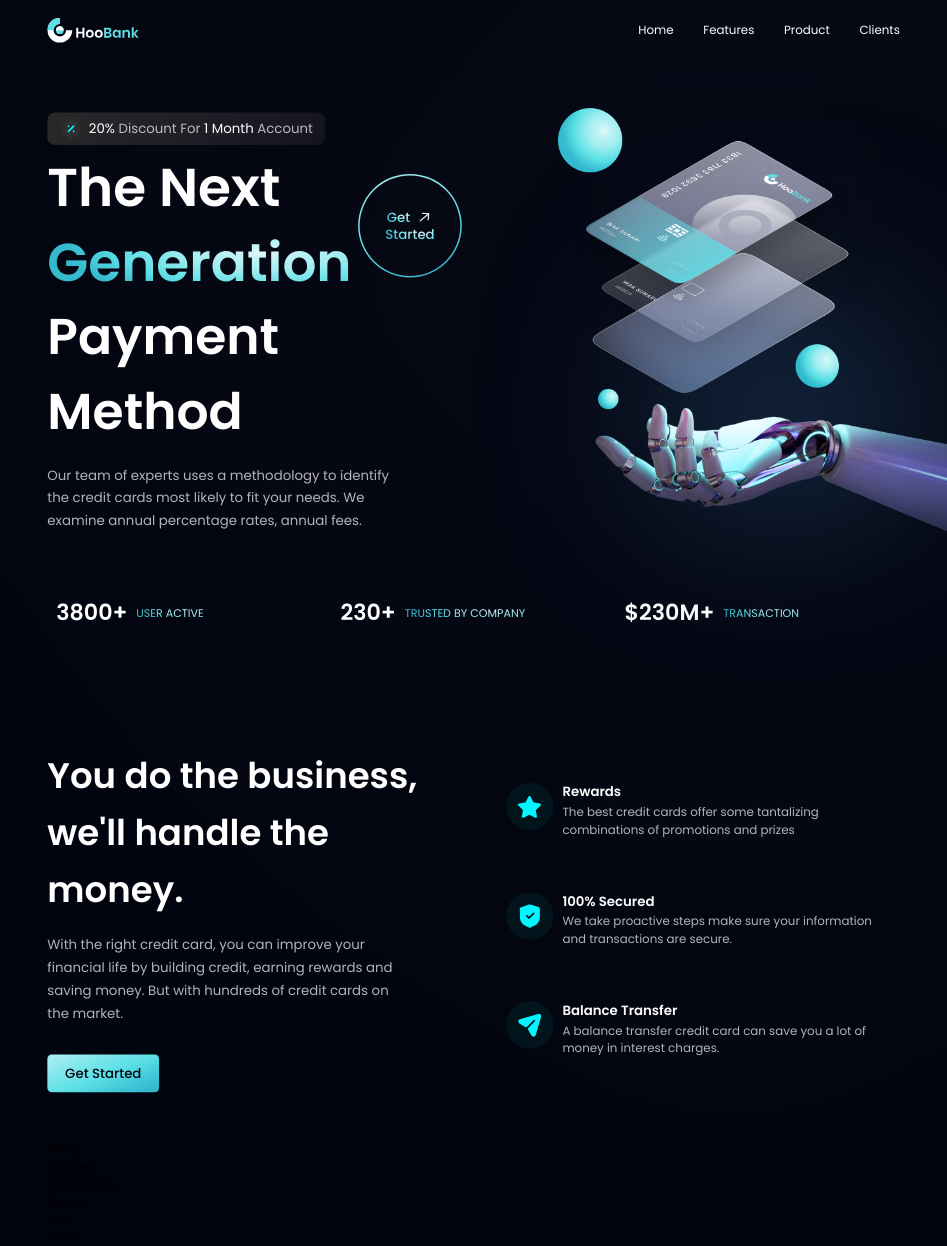
Repository: Carlito-Pedida/modern-app
Page: /
An editor plug-in stored every save of this project. The page is shown before and after the next save, followed by the edit.
The browser window is 1280 px wide. The pictures show the whole page, at 74% of full size.
The project was rebuilt for these pictures with package versions that can differ from the ones it lists, and the page was loaded fresh each time. Also part of the build but not shown: vite.config.js.

Above is the page before, as saved 2024-11-16 10:23:06.

After the next save:
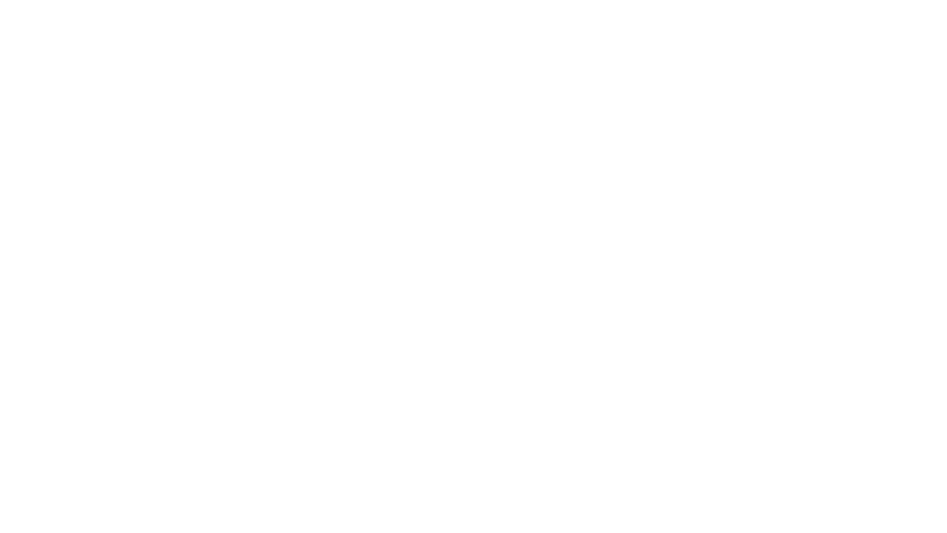
Console error: ReferenceError: features is not defined
Saved 21 s later.
--- a/src/components/FeatureCard.jsx
+++ b/src/components/FeatureCard.jsx
@@ -1,5 +1,5 @@
 import styles from "../style";
-import { features } from "../constants";
+
 
 const FeatureCard = ({ icon, title, content, index }) => {
 

After the save that followed:
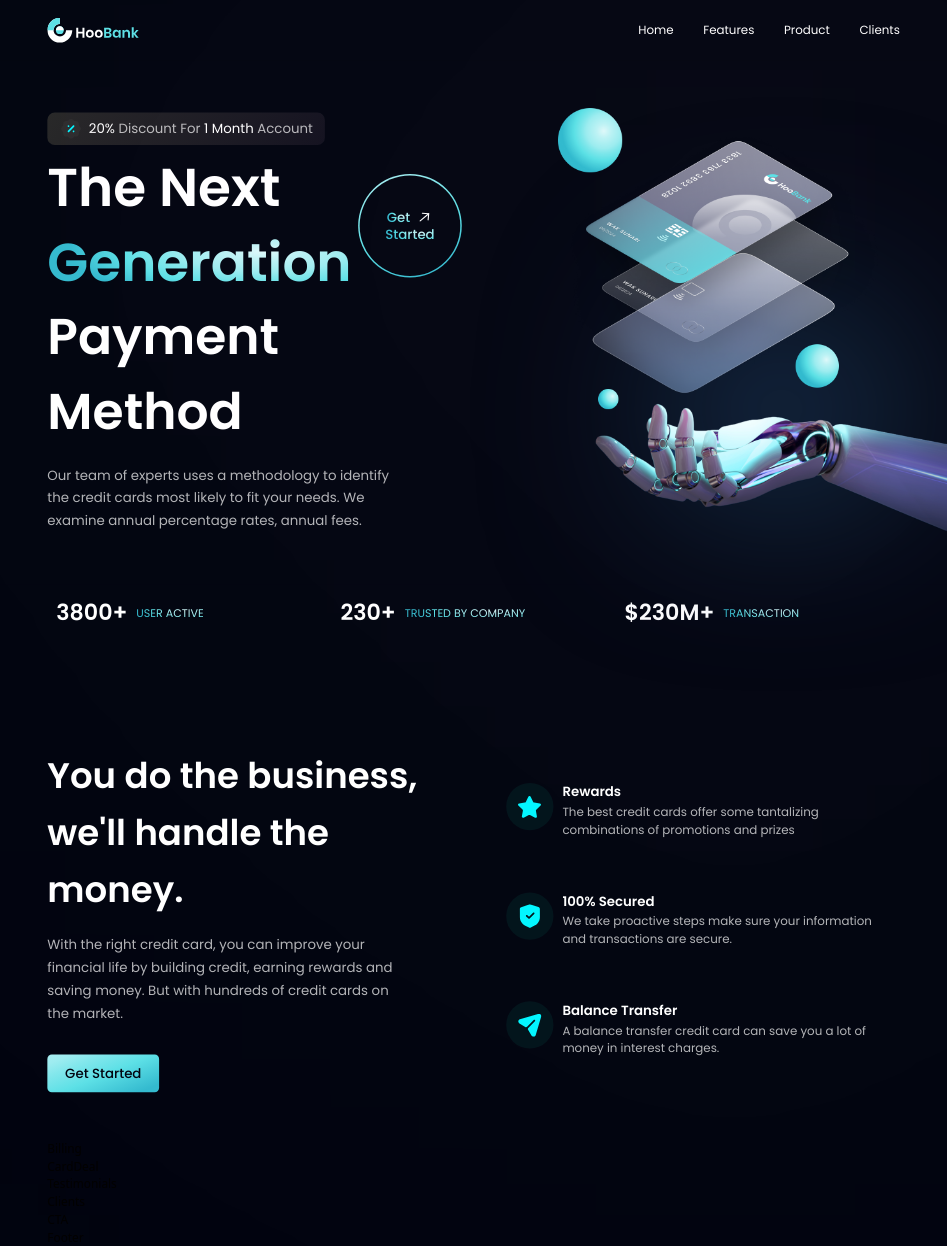
The error is gone.
Saved 8 s later.
--- a/src/components/FeatureCard.jsx
+++ b/src/components/FeatureCard.jsx
@@ -1,5 +1,5 @@
 import styles from "../style";
-
+import { features } from "../constants";
 
 const FeatureCard = ({ icon, title, content, index }) => {
 
